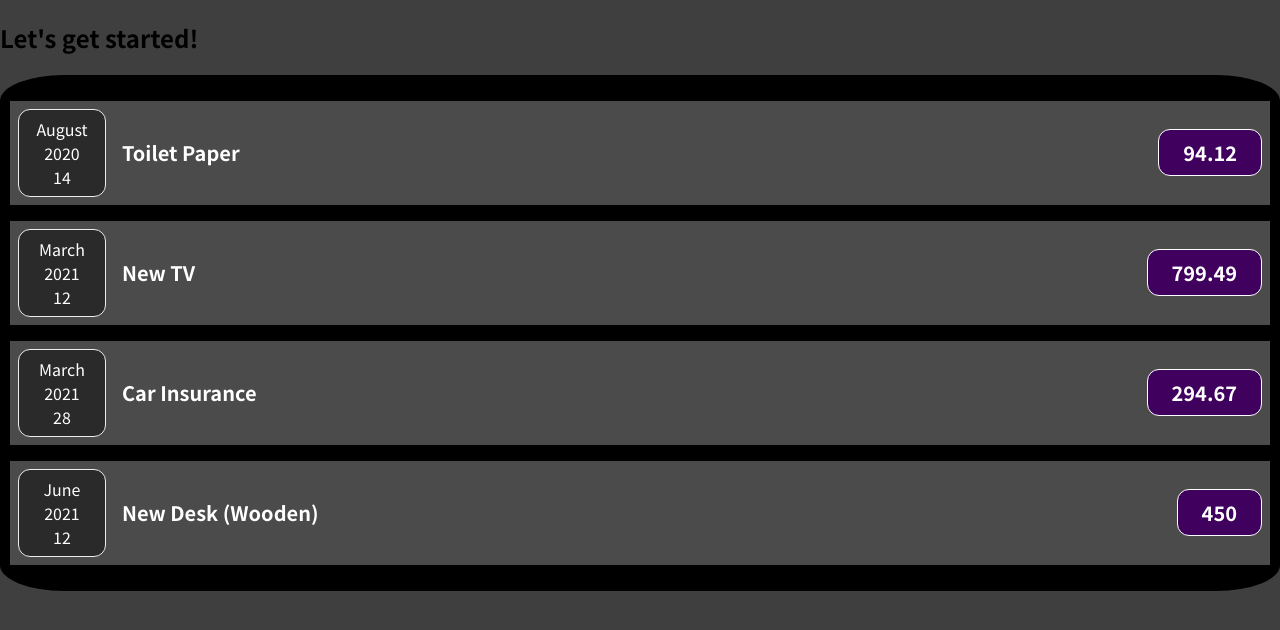
Repository: kowalkos/react-course-first
Page: /
These files come from the project's save history. The page is drawn as it stood at one moment and after the next save; the edit follows.
The browser window is 1280 px wide. The pictures show the whole page.
The project was rebuilt for these pictures with package versions that can differ from the ones it lists, and the page was loaded fresh each time.

Above is the page before, as saved 2021-11-27 18:02:21.

After the next save:
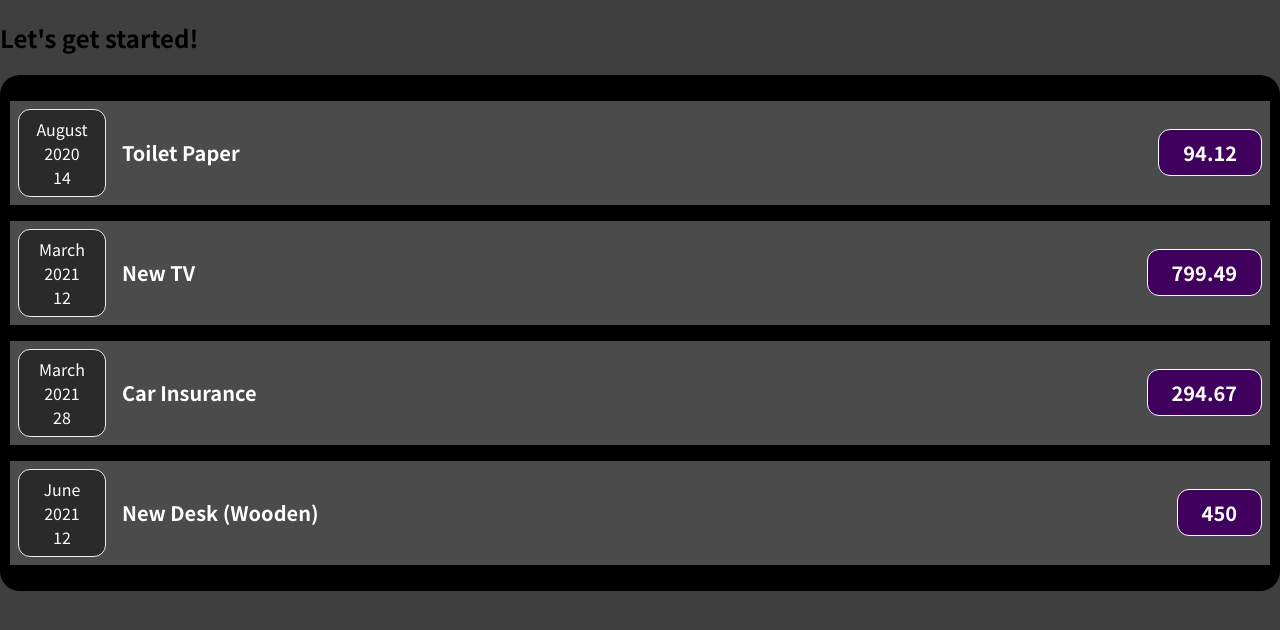
Saved 8 s later.
--- a/src/components/Expenses.css
+++ b/src/components/Expenses.css
@@ -1,5 +1,5 @@
 .expenses{
     background-color: black;
     padding: 10px;
-    border-radius: 5%;
+    border-radius: 20px;
 }
